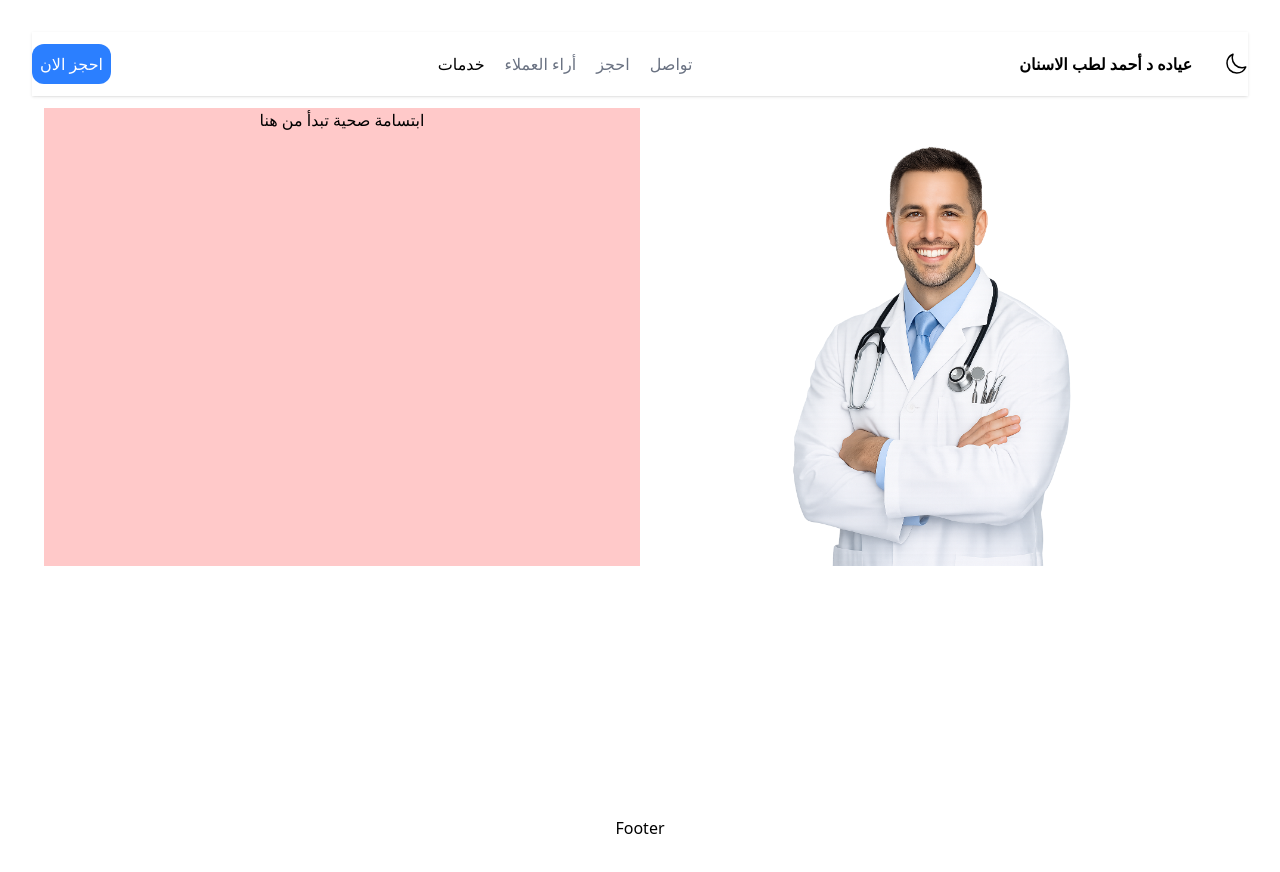
Repository: mohamedehab23-pro/clinic
Page: /
These files come from the project's save history. The page is drawn as it stood at one moment and after a run of saves; the edit follows.
The browser window is 1280 px wide. The pictures show the whole page.
The project was rebuilt for these pictures with package versions that can differ from the ones it lists, and the page was loaded fresh each time. Also part of the build but not shown: vite.config.js, src/Pages/AboutPage.jsx, src/Pages/ContactPage.jsx, src/Pages/NotFound.jsx, src/Components/Child.jsx, src/Components/Parent.jsx.

Above is the page before, as saved 2026-02-22 14:07:37.

After the next 2 saves:
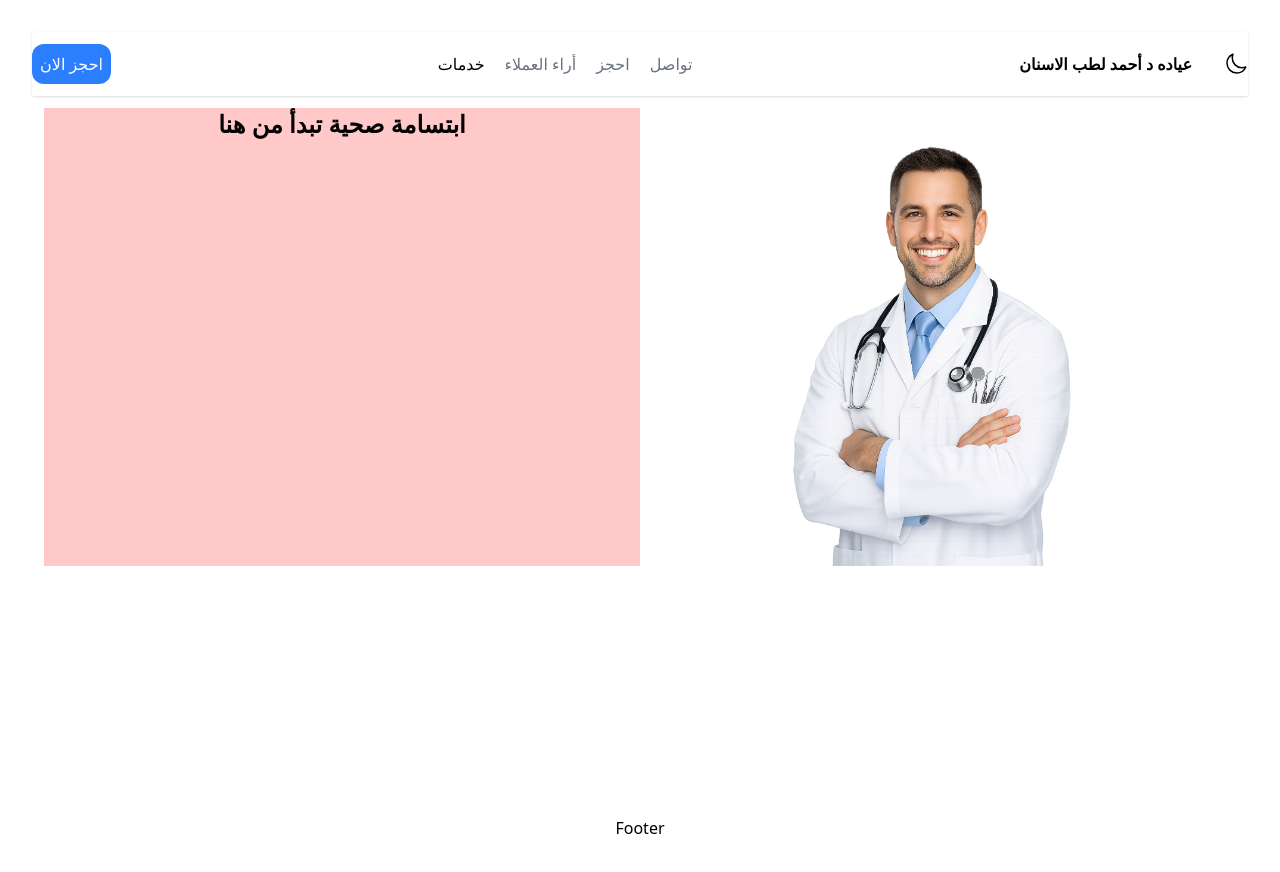
The 2 saves are shown as one change because they came seconds apart.
The last was saved 8 s later.
--- a/src/Pages/HeroPage.jsx
+++ b/src/Pages/HeroPage.jsx
@@ -5,7 +5,7 @@ export default function HomePage() {
     <div className='dark:bg-gray-800 min-h-screen p-3'>
       <div className='flex justify-around'>
 <div className='bg-red-200 w-full '>
-<h2 className=''>ابتسامة صحية تبدأ من هنا</h2>
+<h2 className='text-2xl font-bold'>ابتسامة صحية تبدأ من هنا</h2>
 </div>
 <div className=' w-full flex justify-center items-center'>
  <img src={sora} alt="doctor" className='w-[50%] ' />
